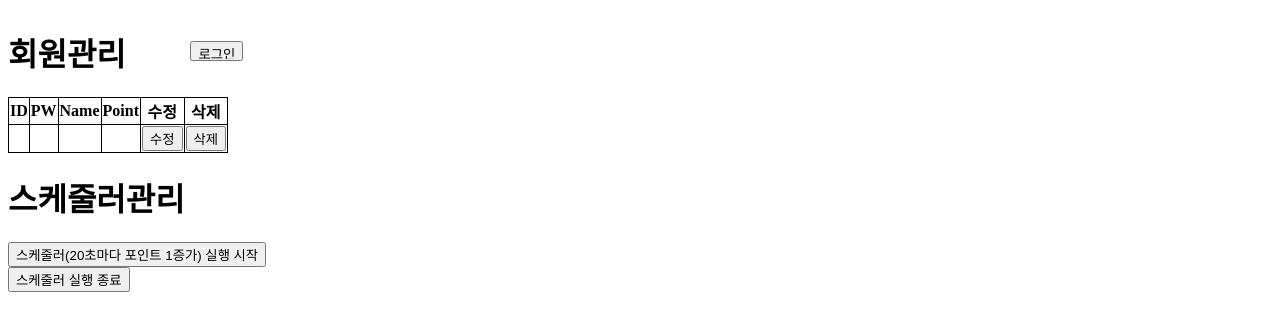
Repository: euniiee/test11
Page: http://localhost/Project/memList.jsp
The author's editor kept a copy of each file at every save. The page is drawn from the files as they stood at one save, then again after the next save.
The browser window is 1280 px wide. The pictures show the whole page.
The page is served by Tomcat 9. Other server files are loaded and not shown.

Above is the page before, as saved 2023-02-01 02:00:56.

### Project/WebContent/memList.jsp
<%@ page language="java" contentType="text/html; charset=UTF-8"
    pageEncoding="UTF-8"%>
<!DOCTYPE html>
<html>
<head>
<meta charset="UTF-8">
<title>Insert title here</title>
<script src="https://code.jquery.com/jquery-3.6.3.js" integrity="sha256-nQLuAZGRRcILA+6dMBOvcRh5Pe310sBpanc6+QBmyVM=" crossorigin="anonymous"></script>
<script>
$(function() {
	$('.delete').click(function(){
		alert("삭제되었습니다.");
	});

})
</script>
<style>
	table {
		border-collapse : collapse;
	}
	table, th, td {
		border: 1px solid black;
	}
</style>
</head>
<body>
<div style="width: 300px;">
	<div style="display: flex;">
		<h1>회원관리</h1>
		<div style="margin: auto;">
			<input style="height: 20px;" type="button" value="로그인">
		</div>
	</div>
	<table>
			<tr>
				<th>ID</th>
				<th>PW</th>
				<th>Name</th>
				<th>Point</th>
				<th>수정</th>
				<th>삭제</th>
			</tr>
			<tr>
				<td></td>
				<td></td>
				<td></td>
				<td></td>
				<td><input type="button" value="수정"></td>
				<td><input type="button" class="delete" value="삭제"></td>
			</tr>

	</table>
	<div>
		<h1>스케줄러관리</h1>
		<input type="button" value="스케줄러(20초마다 포인트 1증가) 실행 시작">
		<input type="button" value="스케줄러 실행 종료">
	</div>


</div>


</body>
</html>

After the next save:
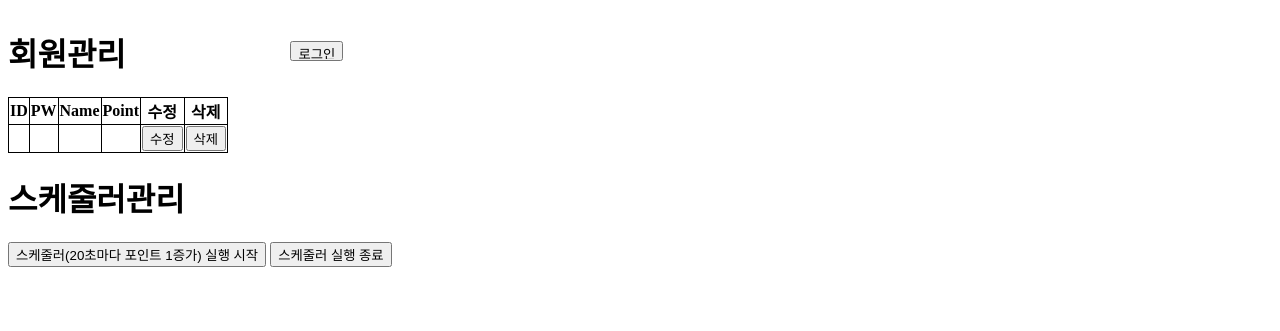
Saved 7 s later.
--- a/Project/WebContent/memList.jsp
+++ b/Project/WebContent/memList.jsp
@@ -24,7 +24,7 @@ $(function() {
 </style>
 </head>
 <body>
-<div style="width: 300px;">
+<div style="width: 500px;">
 	<div style="display: flex;">
 		<h1>회원관리</h1>
 		<div style="margin: auto;">
